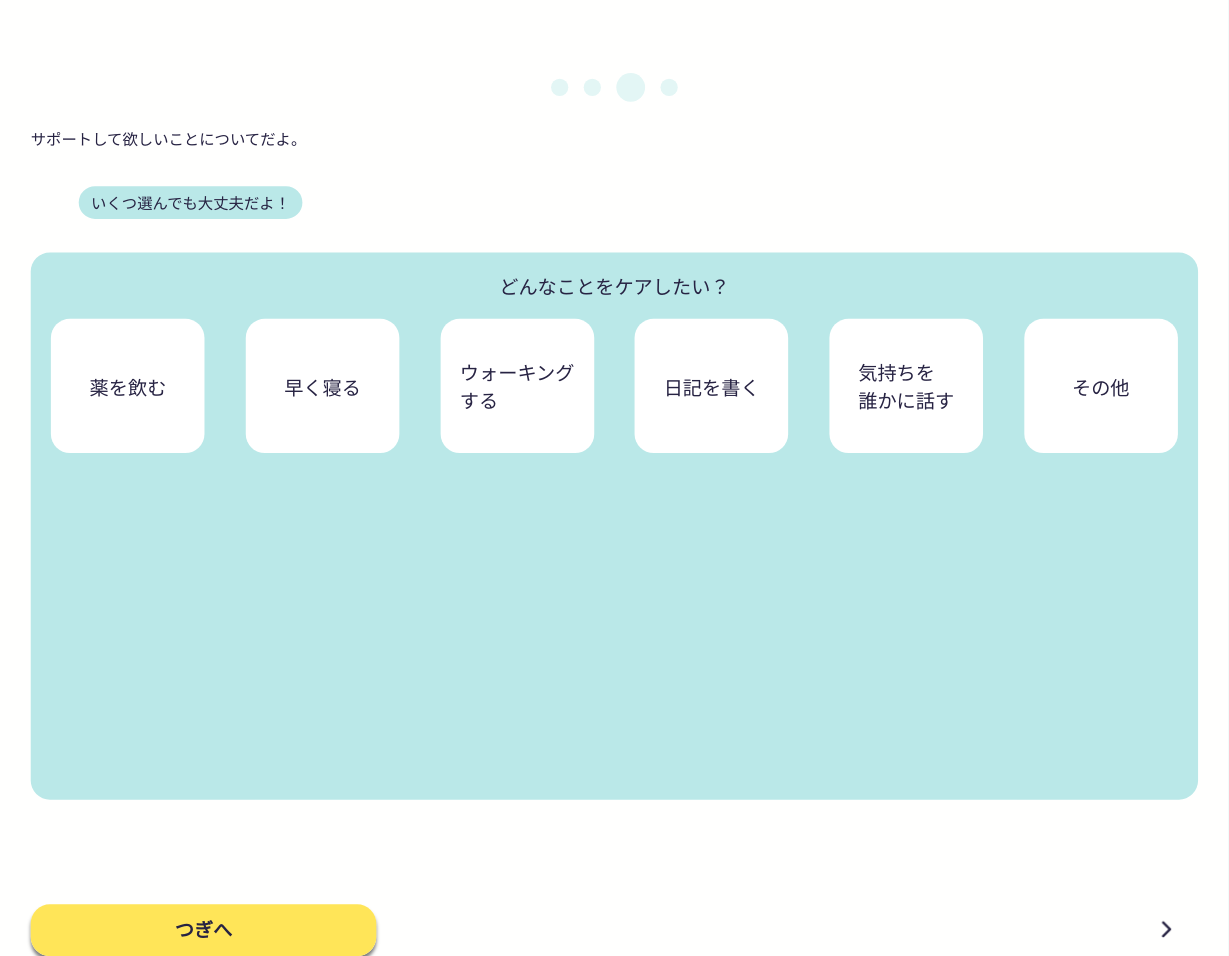
Repository: misaki0919/Self-care
Page: support.html
An editor plug-in stored every save of this project. The page is shown before and after the next save, followed by the edit.
The browser window is 1280 px wide. The pictures show the whole page, at 96% of full size.
Some web fonts or font styles are not loaded; a fallback is used.

Above is the page before, as saved 2026-07-19 11:21:09.

### support.html
<!DOCTYPE html>
<html lang="jp">
<head>
    <meta charset="UTF-8">
    <meta name="viewport" content="width=device-width, initial-scale=1.0">
    <title>サポートページ</title>
    <link href="css/support.css" rel="stylesheet">
    <link rel="preconnect" href="https://fonts.googleapis.com">
    <link rel="preconnect" href="https://fonts.gstatic.com" crossorigin>
    <link href="https://fonts.googleapis.com/css2?family=Archivo+Black&family=Noto+Serif+JP:wght@200..900&family=Zen+Maru+Gothic&display=swap" rel="stylesheet">
</head>
<body>
    <div class="circle_wrap">
        <div class="circle"></div>
        <div class="circle"></div>
        <div class="diffrent_circle"></div>
        <div class="circle"></div>
    </div>
    <p class="support">サポートして欲しいことについてだよ。</p>
    <p class="choose">いくつ選んでも大丈夫だよ！</p>
    <div class="wrap">
        <p class="care">どんなことをケアしたい？</p>
        <ul>
            <li>薬を飲む</li>
            <li>早く寝る</li>
            <li>ウォーキング<br>する</li>
            <li>日記を書く</li>
            <li>気持ちを<br>誰かに話す</li>
            <li>その他</li>
        </ul>
    </div>
    <div class="images-wrap">
        <a href="support.html" class="next zen-maru-gothic-regular">つぎへ</a>
        <img class="images" src="images/next.png" alt="画像">
    </div>

</body>
</html>

### css/support.css
body{
    background-color: #FFFFFE;
    color: #272343;
    padding-left: 24px;
    padding-right: 24px;
}
.zen-maru-gothic-regular {
    font-family: "Zen Maru Gothic", sans-serif;
    font-weight: 600;
    font-style: normal;
}
.circle_wrap{
    display: flex;
    justify-content: center;
    margin-top: 76px;
    gap: 16px;
    align-items: center;
    .diffrent_circle{
        width: 30px;
        height: 30px;
        background-color: #E3F6F5;
        border-radius: 50%;

    }
    .circle{
        width: 18px;
        height: 18px;
        background-color: #E3F6F5;
        border-radius: 50%;
        text-align: center;

    }
}
.support{
    font-size: 16px;
    margin: 26px 38px 0 0;
}
.choose{
    font-size: 16px;
    background-color: #BAE8E8;
    border-radius: 20px;
    width: 233px;
    height: 34px;
    display: flex;
    justify-content: center;
    align-items: center;
    margin-left: 50px;
    margin-bottom: 35px;
    margin-top: 38px;
}
.wrap{
    background-color: #BAE8E8;
    height: 570px;
    border-radius: 20px;
    margin-bottom: 120px;


    .care{
        font-size: 20px;
        text-align: center;
        padding-top: 20px;
    }
    ul{
        display: flex;
        justify-content: space-around;
        flex-wrap: wrap;
        padding:0 14px;
        gap: 28px;


        li{
            background-color: #FFFFFF;
            display: flex;
            justify-content: center;
            border-radius: 20px;
            list-style: none;
            height: 140px;
            width: 160px;
            align-items: center;
            font-size: 20px;


        }
    }
}




.next{
    font-size: 20px;
    background-color: #FFE558;
    border-radius: 20px;
    padding: 16px 150px;
    text-align: center;
    text-decoration: none;
    color: #272343;
    box-shadow: #7b7b7b 0px 4px 4px 0px;
}
images-wrap{
    position: relative;
}
.images{
    width: 30px;
    position: absolute;
    right: 20px;
    /* background-color: tomato; */
    margin-right: 30px;
}

After the next save:
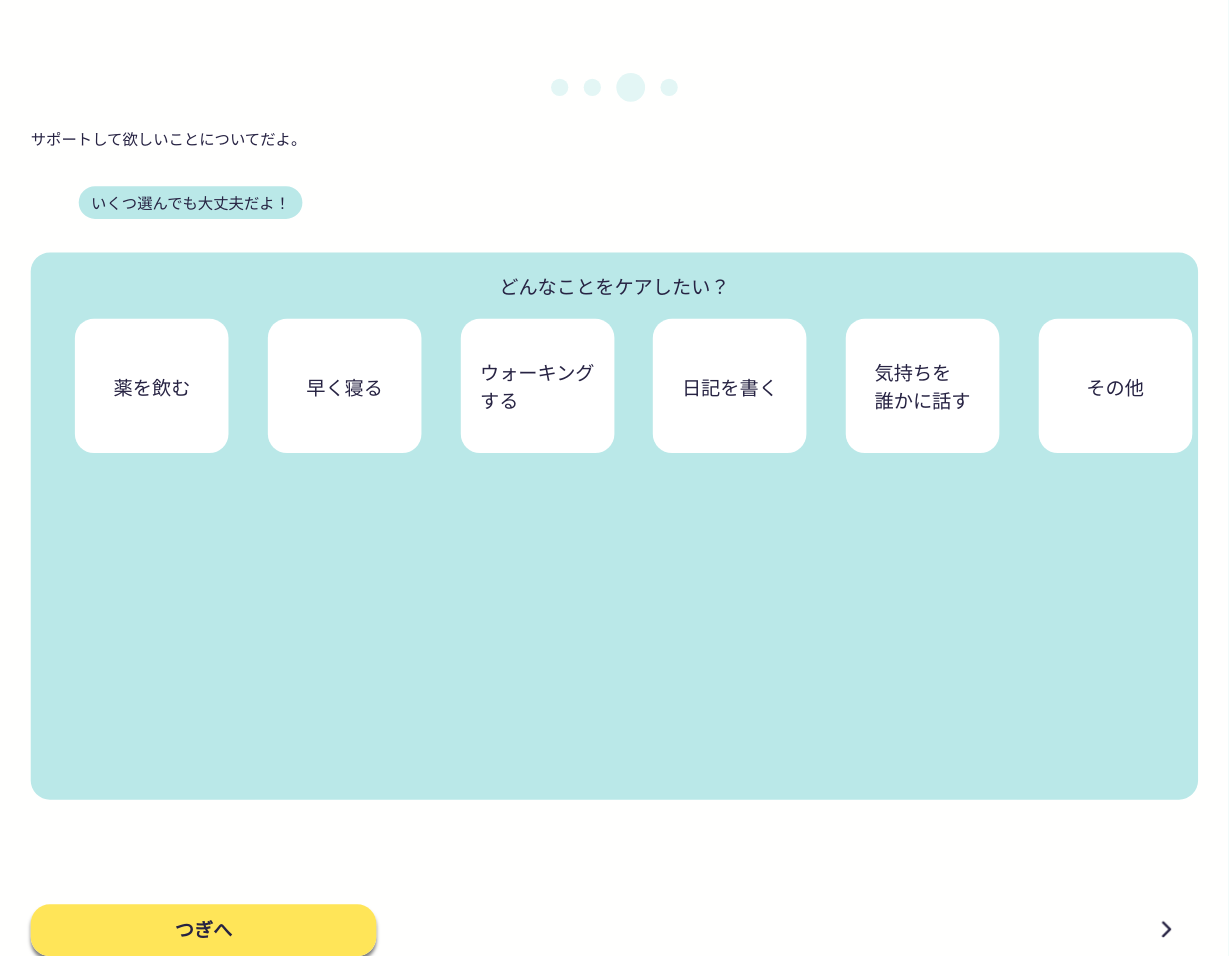
Saved 12 s later.
--- a/css/support.css
+++ b/css/support.css
@@ -64,7 +64,6 @@ body{
         display: flex;
         justify-content: space-around;
         flex-wrap: wrap;
-        padding:0 14px;
         gap: 28px;
 
 
